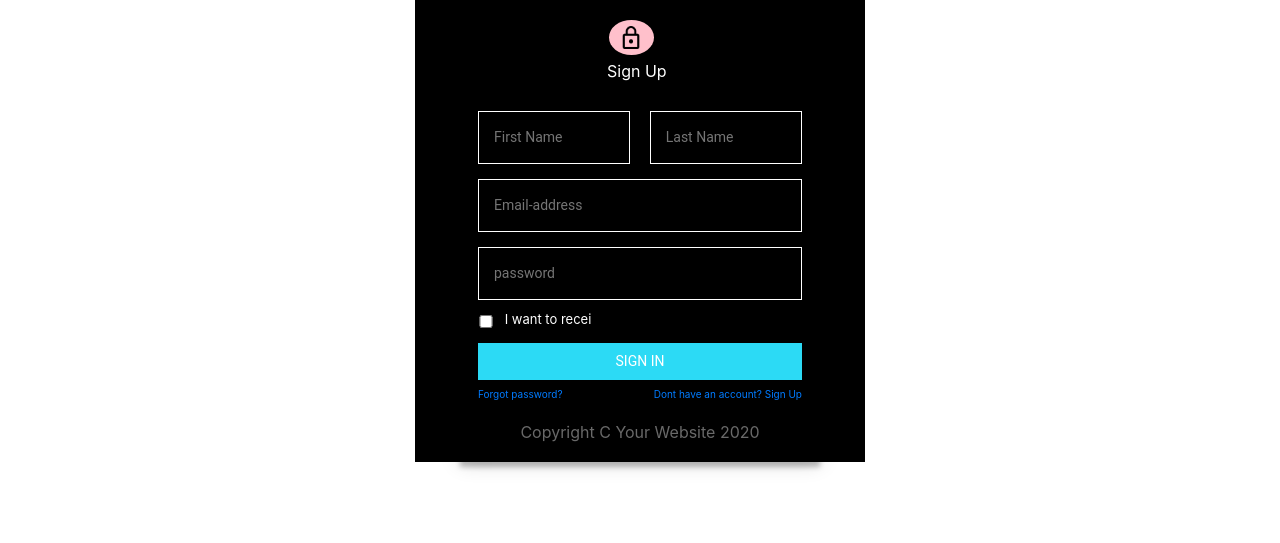
Repository: andbilous/cursor-styled-components
Page: /sign-up
The author's editor kept a copy of each file at every save. The page is drawn from the files as they stood at one save, then again after the next save.
The browser window is 1280 px wide. The pictures show the whole page.
The project was rebuilt for these pictures with package versions that can differ from the ones it lists, and the page was loaded fresh each time. Also part of the build but not shown: src/App.css, src/components/SignInForm.jsx.

Above is the page before, as saved 2020-04-19 16:47:39.

After the next save:
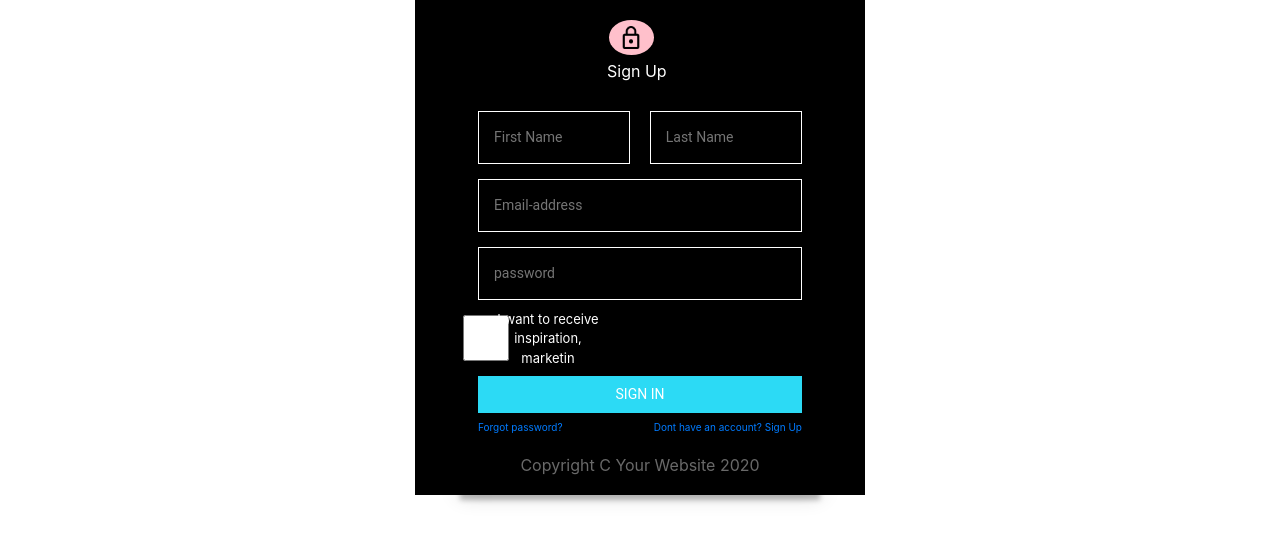
Saved 7 s later.
--- a/src/components/SignUpForm.jsx
+++ b/src/components/SignUpForm.jsx
@@ -172,7 +172,7 @@ const SignUpForm =() =>{
       <input type="password" placeholder="password"/>
       <div class='links remember'>
         <input type="checkbox"/><label class='label-remember'>
-          I want to recei
+          I want to receive inspiration, marketin
           </label></div>
      <button>Sign In</button>
      <div class='links additional'>
